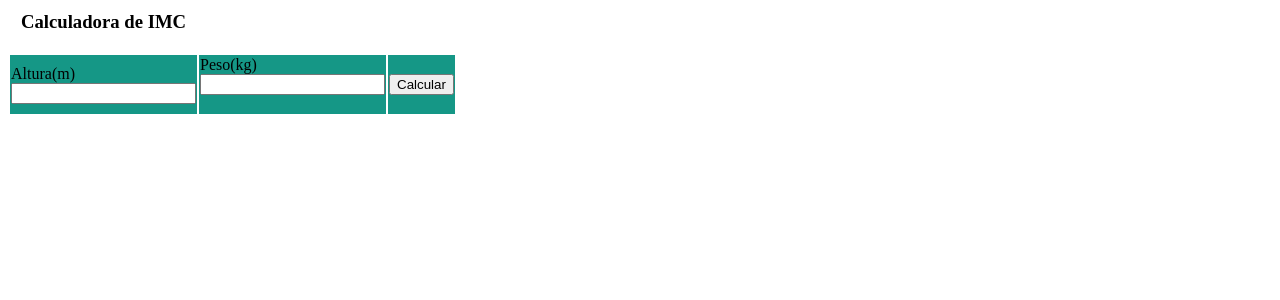
Repository: Patriciamativi/Projetos
Page: index.html
An editor plug-in stored every save of this project. The page is shown before and after the next save, followed by the edit.
The browser window is 1280 px wide. The pictures show the whole page.

Above is the page before, as saved 2022-11-21 14:26:17.

After the next save:
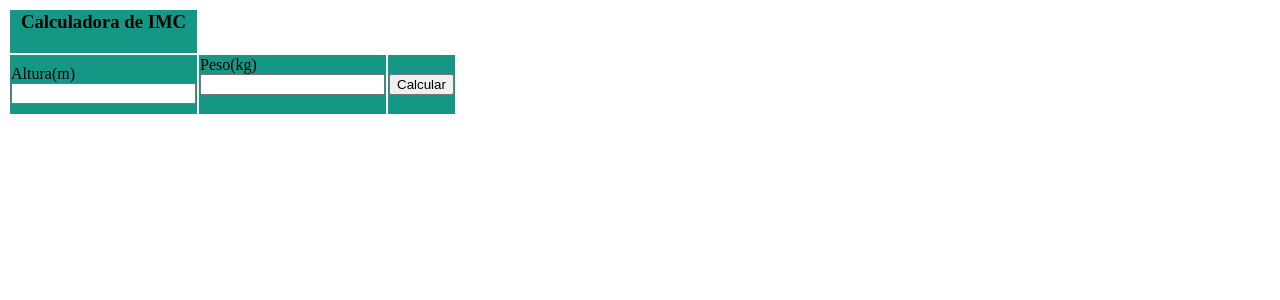
Saved 7 s later.
--- a/index.html
+++ b/index.html
@@ -5,7 +5,7 @@
 
         <style type="text/css">
             tr {
-                color:black;
+                background-color: rgb(21, 151, 134);
             }
             td {
 
